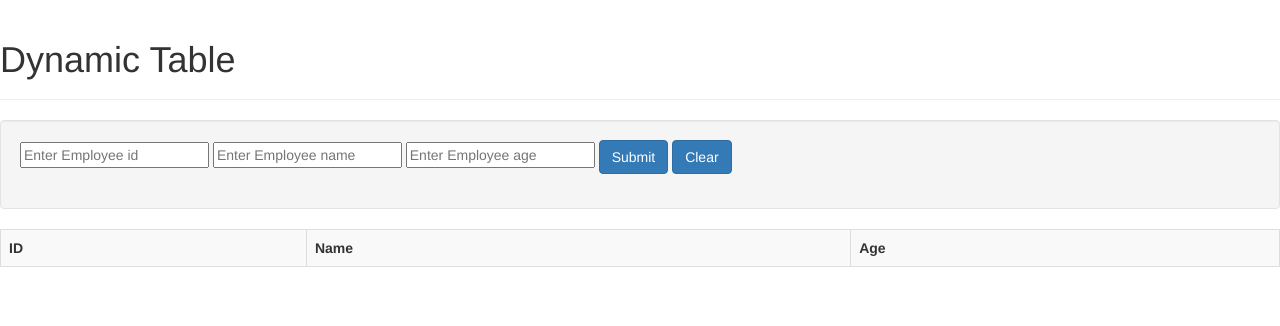
Repository: NathanDPoole/Personal
Page: Training/JavaScriptEx/src/main/webapp/html/dynamicTable.html
The author's editor kept a copy of each file at every save. The page is drawn from the files as they stood at one save, then again after the next save.
The browser window is 1280 px wide. The pictures show the whole page.

Above is the page before, as saved 2017-12-29 17:29:54.

After the next save:
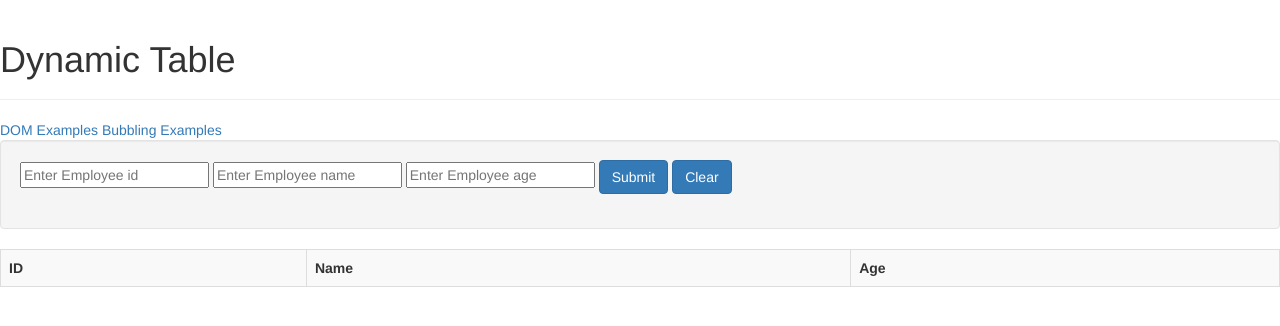
Saved 13 s later.
--- a/Training/JavaScriptEx/src/main/webapp/html/dynamicTable.html
+++ b/Training/JavaScriptEx/src/main/webapp/html/dynamicTable.html
@@ -14,6 +14,9 @@
 	<header>
 		<div>
 			<div class="page-header"><h1>Dynamic Table</h1></div>
+			<a href="DOMExample.html">DOM Examples</a>
+			<a href="bubbling.html">Bubbling Examples</a>
+
 			<div id="formDiv" class="well">
 				<form>
 				<div class="form-group">
